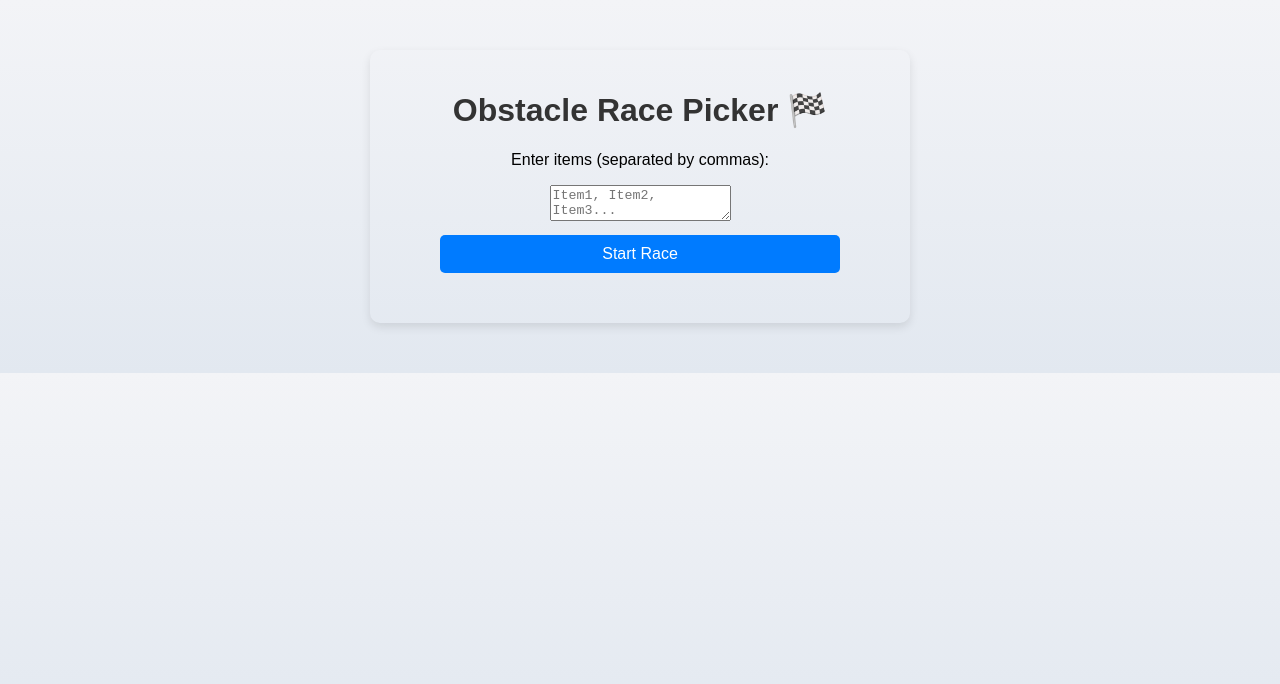
Repository: Anarchyve/race-picker
Page: index.html
An editor plug-in stored every save of this project. The page is shown before and after the next save, followed by the edit.
The browser window is 1280 px wide. The pictures show the whole page.

Above is the page before, as saved 2024-11-17 19:24:04.

After the next save:
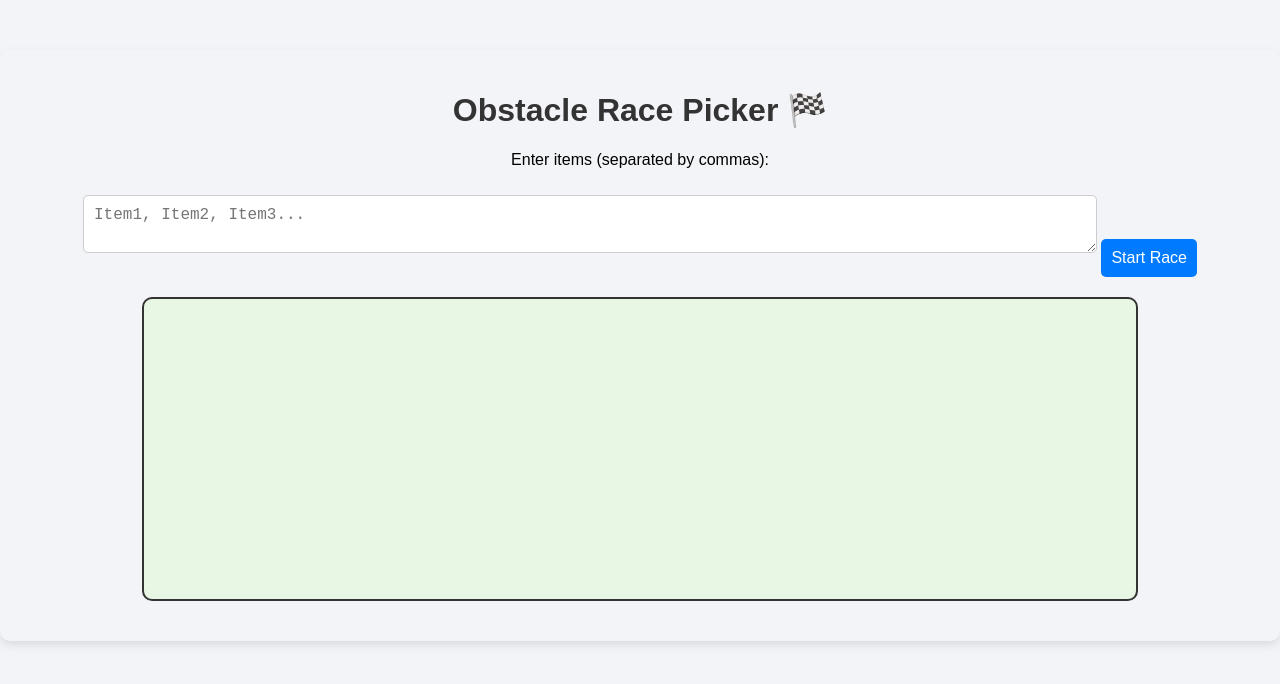
Saved 13 s later.
--- a/styles.css
+++ b/styles.css
@@ -2,8 +2,7 @@ body {
     font-family: Arial, sans-serif;
     text-align: center;
     margin: 50px auto;
-    max-width: 500px;
-    background: linear-gradient(to bottom, #f3f4f7, #e2e8f0);
+    background: #f3f4f7;
     padding: 20px;
     border-radius: 10px;
     box-shadow: 0 4px 10px rgba(0, 0, 0, 0.1);
@@ -14,22 +13,20 @@ h1 {
     color: #333;
 }
 
-input {
+textarea {
+    width: 80%;
     padding: 10px;
     margin: 10px 0;
-    width: 80%;
     font-size: 16px;
+    border-radius: 5px;
     border: 1px solid #ccc;
-    border-radius: 5px;
 }
 
 button {
     padding: 10px;
-    margin: 10px 0;
-    width: 80%;
     font-size: 16px;
+    background: #007bff;
     color: #fff;
-    background: #007bff;
     border: none;
     border-radius: 5px;
     cursor: pointer;
@@ -40,14 +37,35 @@ button:hover {
     background: #0056b3;
 }
 
-#result {
-    font-size: 24px;
-    margin-top: 20px;
-    font-weight: bold;
-    transition: transform 0.3s, color 0.3s;
+#race-track {
+    position: relative;
+    width: 80%;
+    height: 300px;
+    margin: 20px auto;
+    background: #e8f7e4;
+    border: 2px solid #333;
+    border-radius: 10px;
+    overflow: hidden;
 }
 
-#result.animate {
-    transform: scale(1.5);
-    color: red;
+.runner {
+    position: absolute;
+    bottom: 0;
+    width: 50px;
+    height: 50px;
+    border-radius: 50%;
+    background-color: orange;
+    text-align: center;
+    line-height: 50px;
+    font-size: 14px;
+    color: white;
+    font-weight: bold;
 }
+
+.obstacle {
+    position: absolute;
+    width: 30px;
+    height: 30px;
+    background-color: red;
+    border-radius: 50%;
+}
